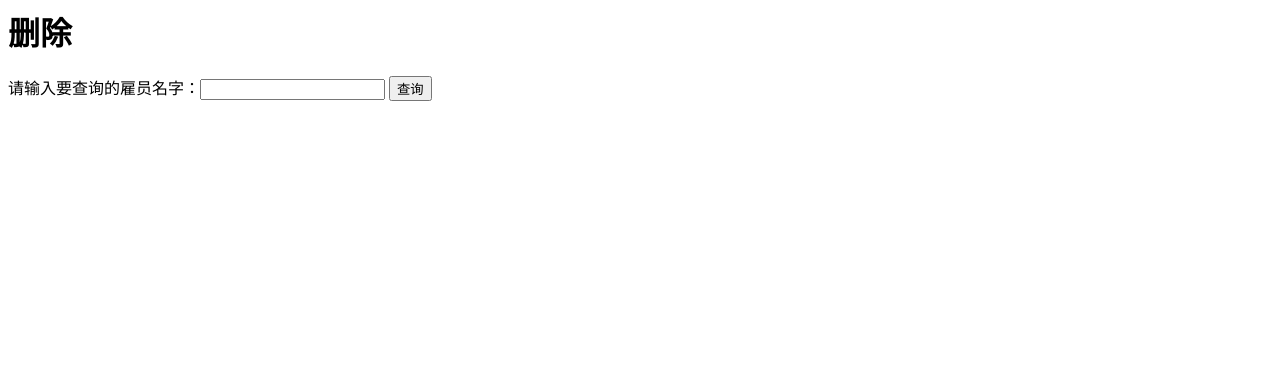
Repository: wikelgc/JSP
Page: http://localhost/yuangong/emp_update.jsp
An editor plug-in stored every save of this project. The page is shown before and after the next save, followed by the edit.
The browser window is 1280 px wide. The pictures show the whole page.
The page is served by Tomcat 9. Queries for data that is not in the repository find no rows.

Above is the page before, as saved 2015-06-06 04:41:00.

### yuangong/WebRoot/emp_update.jsp
<%@ page contentType="text/html" pageEncoding="GBK"%>
<%@ page import="java.sql.*"%>
<html>
<head><title>jsp列出emp表数据</title></head>
<body>
<%
    request.setCharacterEncoding("GBK");
    String update_empno = request.getParameter("update_empno");
%>
    <h1>删除</h1>
<%!
	public static final String DBDRIVER = "com.mysql.jdbc.Driver" ;
	public static final String DBURL = "jdbc:mysql://localhost:3306/music" ;
	public static final String DBUSER = "root" ;
	public static final String DBPASS = "root" ;

%>
<%!
	Connection conn = null ;
	PreparedStatement pstmt = null ;
	ResultSet rs = null ;
%>


<%
try{
	Class.forName(DBDRIVER);
	conn = DriverManager.getConnection(DBURL,DBUSER,DBPASS) ;
	String sql = "SELECT * FROM emp where empno ='"+update_empno+"'";
	pstmt = conn.prepareStatement(sql) ;
	rs = pstmt.executeQuery() ;
%>
 <form  action="findEmp.jsp"  method="post">
   请输入要查询的雇员名字：<input type="text" name="empid">
  <input type="submit" value="查询" ></form>





<%
	if(rs.next()){
		String empno = rs.getString(1) ;
		String ename = rs.getString(2) ;
		String job = rs.getString(3) ;
		float sal = rs.getFloat(4) ;
		java.util.Date date = rs.getDate(5) ;
%>


<form  action="emp_add.jsp"  method="post">
	<table border="1" >

	<tr>
		<td>雇员编号</td> <td><input type = "text" value = <%=empno %> name="empno"></td>
	</tr>

	<tr>
		<td>雇员姓名</td> <td><input type = "text" value = <%=ename %> name="ename"></td>
	</tr>

	<tr>
		<td>雇员工作</td> <td><input type = "text" value = <%=job %>> name="job"></td>
	</tr>

	<tr>
		<td>雇员工资</td> <td><input type = "text" value = <%=job %> name="sal"></td>
	</tr>

	<tr>
		<td>雇佣日期</td> <td><input type = "text" value = <%=date %> name="date"></td>
	</tr>
	<tr>

	</tr>
</table>
	<input type="submit" value="确定">
	<input type="reset" value="重置">
</form>

<a href="index.jsp">返回主页</a>

<%
	}
%>

<%
}catch(Exception e)	{
	System.out.println(e) ;
}finally{
	//rs.close() ;
	//pstmt.close() ;
	conn.close() ;
}
%>
</body>
</html>

After the next save:
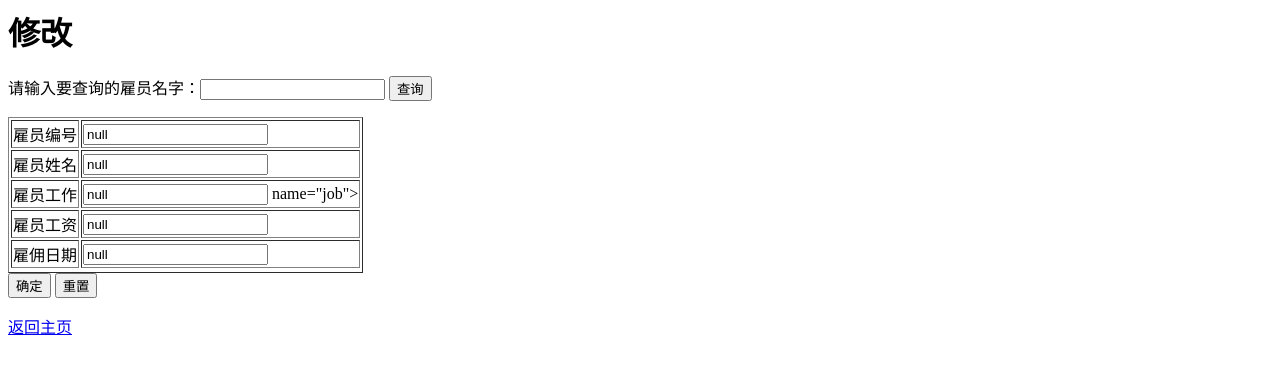
Saved 6 min 17 s later.
--- a/yuangong/WebRoot/emp_update.jsp
+++ b/yuangong/WebRoot/emp_update.jsp
@@ -1,3 +1,4 @@
+<%@page import="java.util.Date"%>
 <%@ page contentType="text/html" pageEncoding="GBK"%>
 <%@ page import="java.sql.*"%>
 <html>
@@ -7,7 +8,7 @@
     request.setCharacterEncoding("GBK");
     String update_empno = request.getParameter("update_empno");
 %>
-    <h1>删除</h1>
+    <h1>修改</h1>
 <%!
 	public static final String DBDRIVER = "com.mysql.jdbc.Driver" ;
 	public static final String DBURL = "jdbc:mysql://localhost:3306/music" ;
@@ -19,6 +20,11 @@
 	Connection conn = null ;
 	PreparedStatement pstmt = null ;
 	ResultSet rs = null ;
+	String empno;
+	String ename;
+	String job;
+	float sal;
+	Date date;
 %>
 
 
@@ -34,17 +40,27 @@ try{
    请输入要查询的雇员名字：<input type="text" name="empid">
   <input type="submit" value="查询" ></form>
 
-
-
-
+<%
+	if(rs.next()){
+		 empno = rs.getString(1) ;
+		 ename = rs.getString(2) ;
+		 job = rs.getString(3) ;
+		 sal = rs.getFloat(4) ;
+		 date = rs.getDate(5) ;
+%>
 
 <%
-	if(rs.next()){
-		String empno = rs.getString(1) ;
-		String ename = rs.getString(2) ;
-		String job = rs.getString(3) ;
-		float sal = rs.getFloat(4) ;
-		java.util.Date date = rs.getDate(5) ;
+	}
+%>
+
+<%
+}catch(Exception e)	{
+	System.out.println(e) ;
+}finally{
+	//rs.close() ;
+	//pstmt.close() ;
+	conn.close() ;
+}
 %>
 
 
@@ -80,18 +96,6 @@ try{
 
 <a href="index.jsp">返回主页</a>
 
-<%
-	}
-%>
 
-<%
-}catch(Exception e)	{
-	System.out.println(e) ;
-}finally{
-	//rs.close() ;
-	//pstmt.close() ;
-	conn.close() ;
-}
-%>
 </body>
 </html>
